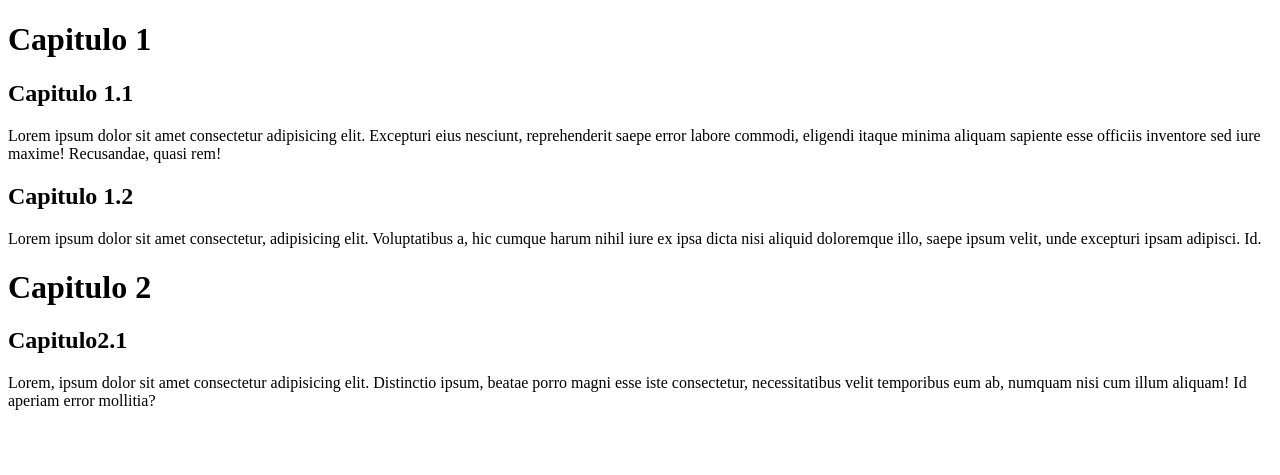
Repository: Guillermomarcon/exercicios
Page: ex013.1/index.html
The author's editor kept a copy of each file at every save. The page is drawn from the files as they stood at one save, then again after the next save.
The browser window is 1280 px wide. The pictures show the whole page.

Above is the page before, as saved 2020-12-31 15:56:58.

### ex013.1/index.html
<!DOCTYPE html>
<html lang="pt-br">
<head>
    <meta charset="UTF-8">
    <meta name="viewport" content="width=device-width, initial-scale=1.0">
    <title>Estilos locais ou Internos</title>
    <link rel="shortcut icon" href="imagens/favicon-16x16.png" type="image/x-icon">
</head>
<body>
    <h1>Capitulo 1</h1>
    <h2>Capitulo 1.1</h2>
    <p>
        Lorem ipsum dolor sit amet consectetur adipisicing elit. Excepturi eius nesciunt, reprehenderit saepe error labore commodi, eligendi itaque minima aliquam sapiente esse officiis inventore sed iure maxime! Recusandae, quasi rem!
    </p>
    <h2>Capitulo 1.2</h2>
    <p>
        Lorem ipsum dolor sit amet consectetur, adipisicing elit. Voluptatibus a, hic cumque harum nihil iure ex ipsa dicta nisi aliquid doloremque illo, saepe ipsum velit, unde excepturi ipsam adipisci. Id.
    </p>
    <h1>Capitulo 2</h1>
    <h2>Capitulo2.1</h2>
    <p>
        Lorem, ipsum dolor sit amet consectetur adipisicing elit. Distinctio ipsum, beatae porro magni esse iste consectetur, necessitatibus velit temporibus eum ab, numquam nisi cum illum aliquam! Id aperiam error mollitia?
    </p>




</body>
</html>

After the next save:
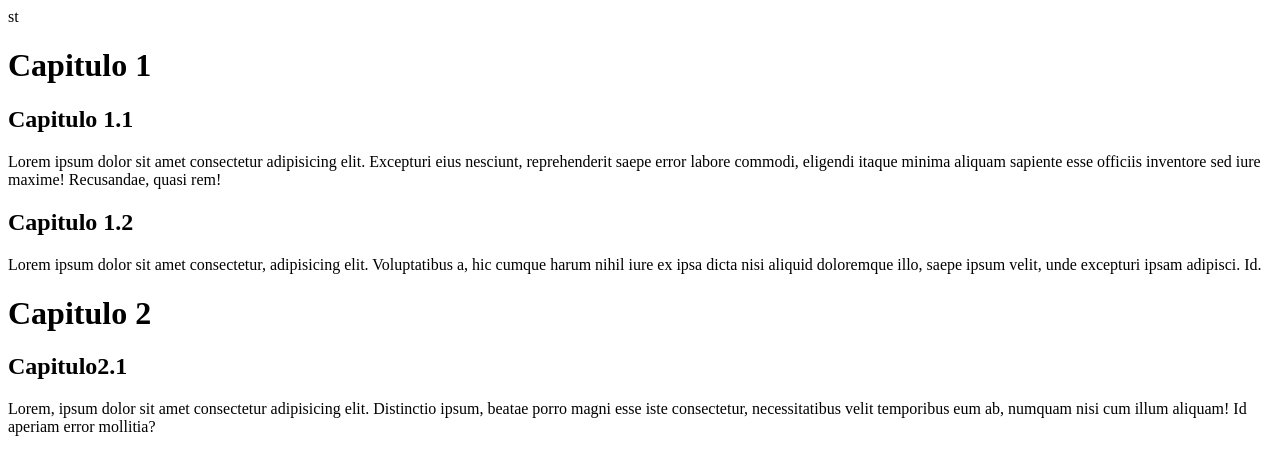
Saved 2 min 2 s later.
--- a/ex013.1/index.html
+++ b/ex013.1/index.html
@@ -5,6 +5,7 @@
     <meta name="viewport" content="width=device-width, initial-scale=1.0">
     <title>Estilos locais ou Internos</title>
     <link rel="shortcut icon" href="imagens/favicon-16x16.png" type="image/x-icon">
+    st
 </head>
 <body>
     <h1>Capitulo 1</h1>

After the save that followed:
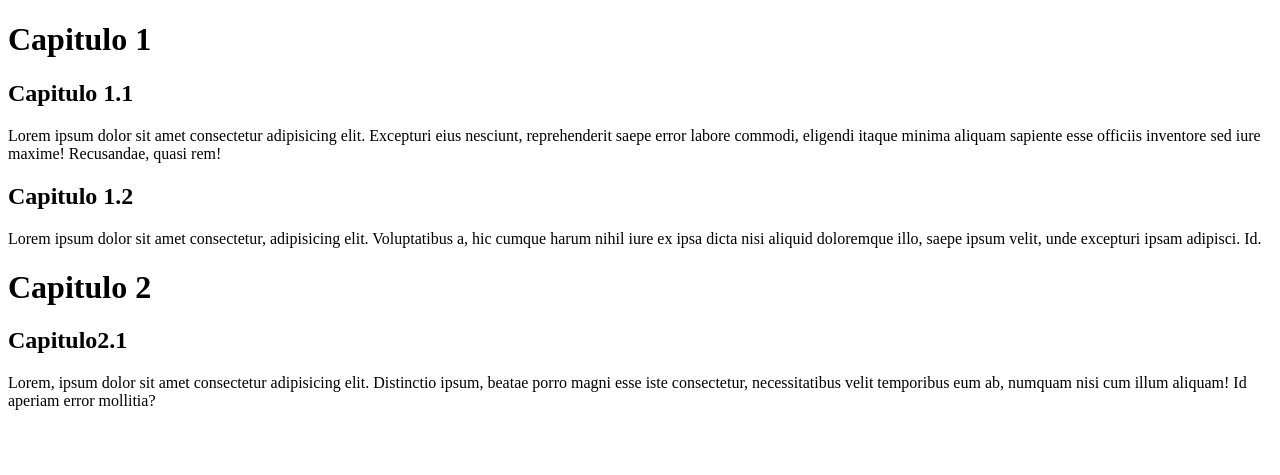
Saved 5 s later.
--- a/ex013.1/index.html
+++ b/ex013.1/index.html
@@ -5,7 +5,7 @@
     <meta name="viewport" content="width=device-width, initial-scale=1.0">
     <title>Estilos locais ou Internos</title>
     <link rel="shortcut icon" href="imagens/favicon-16x16.png" type="image/x-icon">
-    st
+    <style></style>
 </head>
 <body>
     <h1>Capitulo 1</h1>
